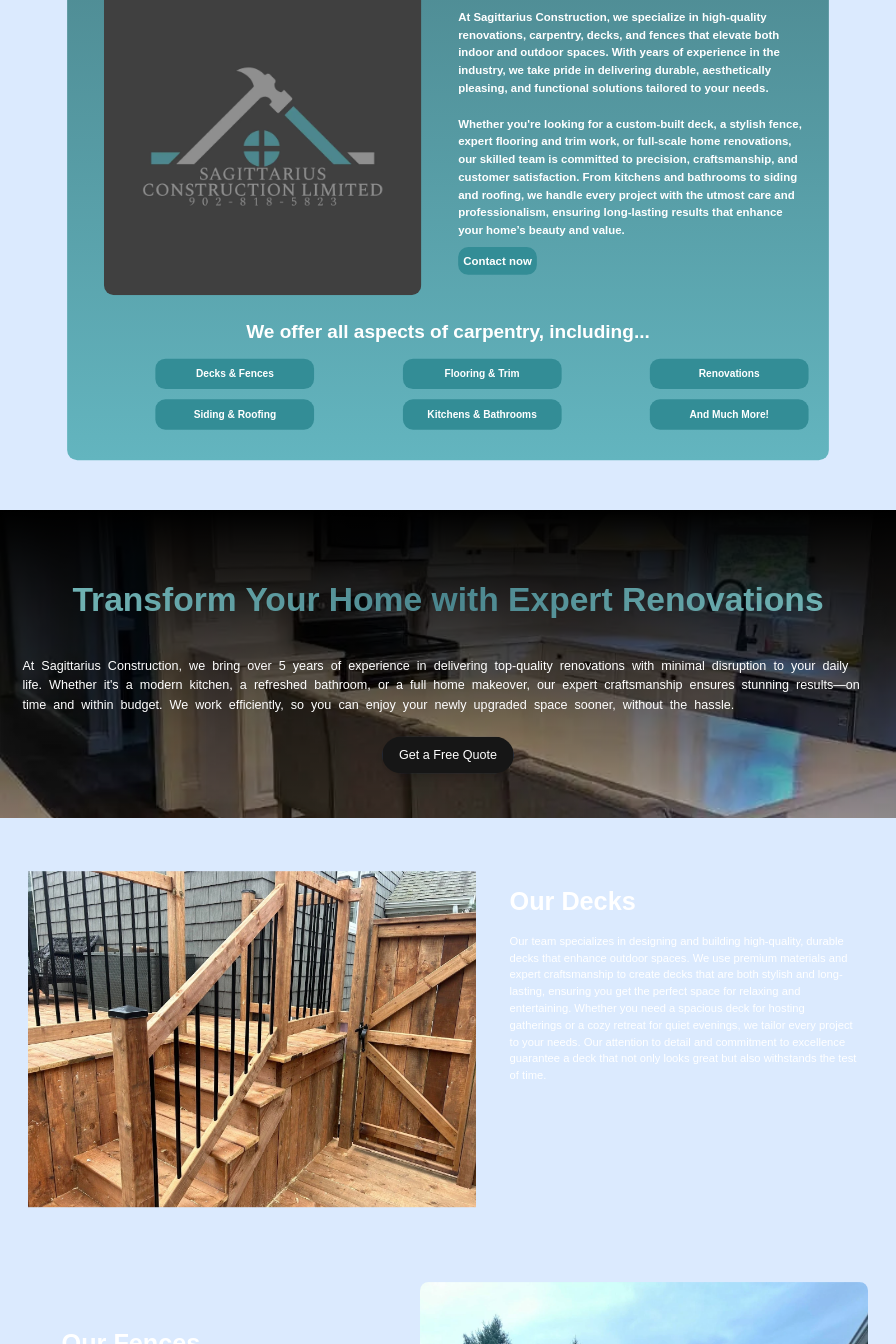
Repository: TMuse333/sagittarius
Page: / (app in frontend/)
These files come from the project's save history. The page is drawn as it stood at one moment and after the next save; the edit follows.
The browser window is 1280 px wide. The pictures show the part of the page from y = 912 to 2832 px (the page is 9780 px tall), at 70% of full size.
The project was rebuilt for these pictures with package versions that can differ from the ones it lists, and the page was loaded fresh each time. The framework's server and built-in components were replaced by stand-ins that run in the browser. Also part of the build but not shown: frontend/next.config.ts.

Above is the page before, as saved 2025-03-17 19:25:42.

After the next save:
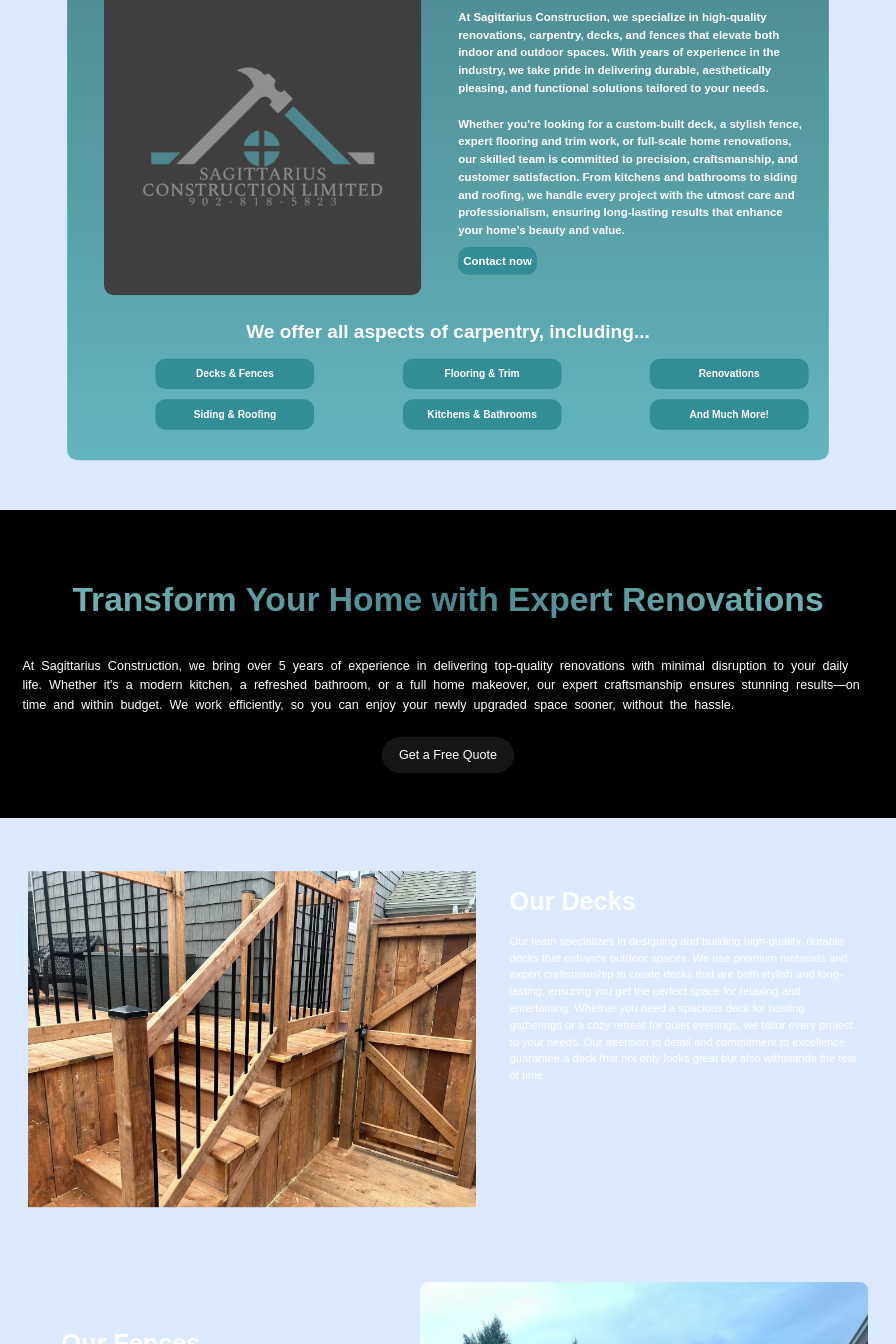
Saved 6 s later.
--- a/frontend/src/components/verticalImageText/verticalImageText.tsx
+++ b/frontend/src/components/verticalImageText/verticalImageText.tsx
@@ -114,7 +114,7 @@
     py-8
    "
    style={{
-    backgroundImage: `linear-gradient(rgba(0, 0, 0, 1), rgba(0, 0, 0, 0.2)), url(${bgImage.src})`,
+    backgroundImage: `linear-gradient(rgba(0, 0, 0, 1), rgba(0, 0, 0, 1)), url(${bgImage.src})`,
     backgroundSize: "cover", // Ensures the image covers the container
     backgroundPosition: "center", // Centers the image
   }}
